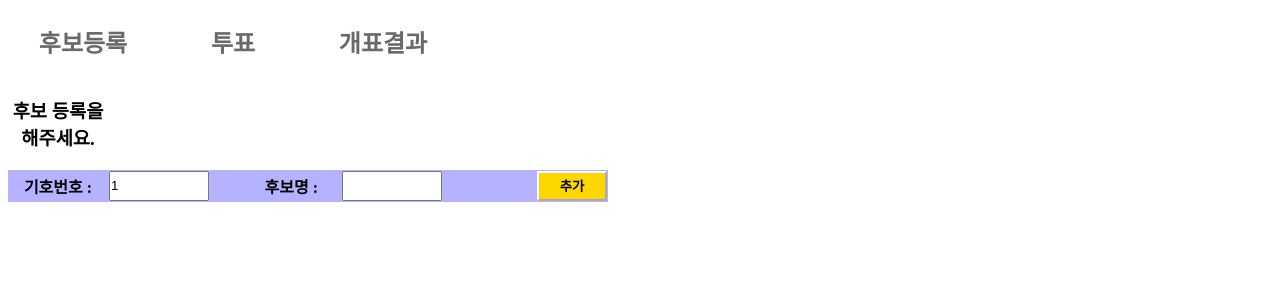
Repository: noheul1030/KOPO-HTML
Page: http://localhost/Tupyo/Tupyo/A_01.jsp
These files come from the project's save history. The page is drawn as it stood at one moment and after the next save; the edit follows.
The browser window is 1280 px wide. The pictures show the whole page.
The page is served by Tomcat 9. Queries for data that is not in the repository find no rows.

Above is the page before, as saved 2023-06-03 15:43:50.

After the next save:
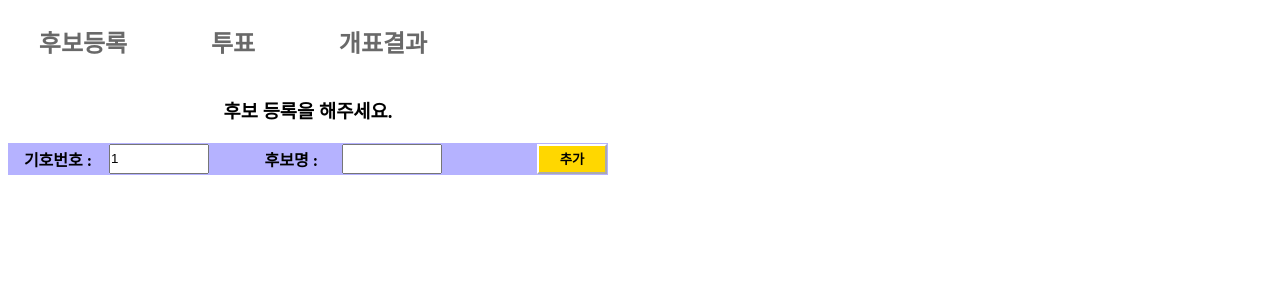
Saved 57 s later.
--- a/Tupyo/src/main/webapp/Tupyo/A_01.jsp
+++ b/Tupyo/src/main/webapp/Tupyo/A_01.jsp
@@ -82,7 +82,7 @@
 		</table>
 		<form method = 'post'>
 		<table cellspacing="1">
-			<tr><td><h3 align=center>후보 등록을 해주세요.</h3></td></tr>
+			<tr><td colspan="5"><h3 align=center>후보 등록을 해주세요.</h3></td></tr>
 			<tr>
 				<td bgcolor=#B5B2FF width=15% ><strong>기호번호 :</strong></td>
 
